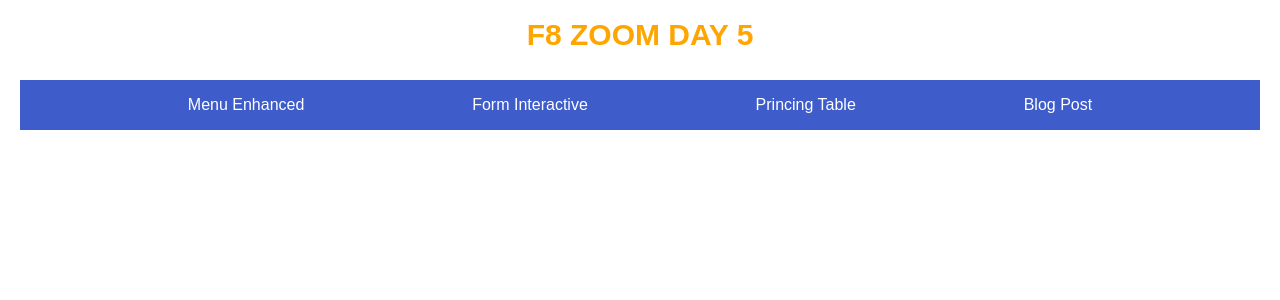
Repository: lannguyen1301/f8-zoom-day-5
Page: index.html
These files come from the project's save history. The page is drawn as it stood at one moment and after a run of saves; the edit follows.
The browser window is 1280 px wide. The pictures show the whole page.

Above is the page before, as saved 2025-04-21 13:21:19.

After the next 3 saves:
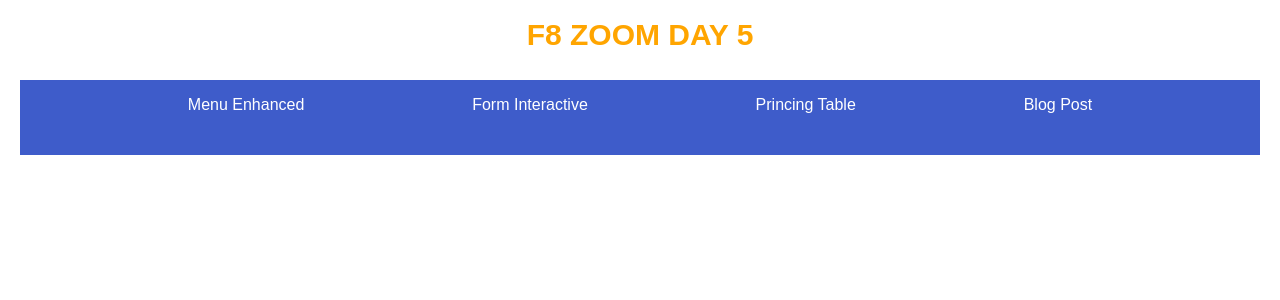
The 3 saves are shown as one change because they came seconds apart.
The last was saved 7 s later.
--- a/index.html
+++ b/index.html
@@ -12,7 +12,7 @@
 <body>
     <div class="inner">
         <h1 class="title-desc">F8 ZOOM DAY 5</h1>
-        <n>
+        <nav style = "">
             <ul class="list">
                 <li class="item">
                     <a href="./menu-enhanced.html" class="link" target="_blank">Menu Enhanced</a>
@@ -27,7 +27,7 @@
                     <a href="./blog-post.html" class="link" target="_blank">Blog Post</a>
                 </li>
             </ul>
-        </n>
+        </nav>
     </div>
 </body>
 
